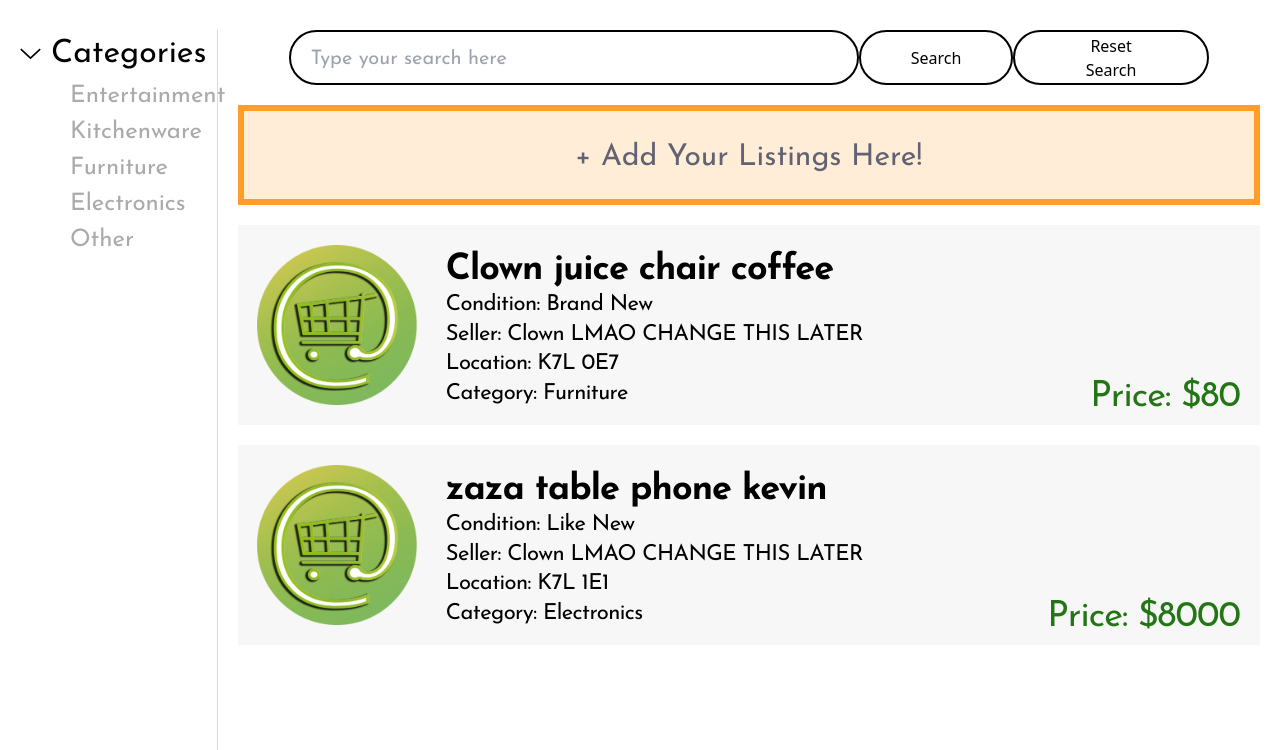
Repository: AdwaitSri/Kingston-Marketplace
Page: /listings (app in qhacks-24/)
The author's editor kept a copy of each file at every save. The page is drawn from the files as they stood at one save, then again after the next save.
The browser window is 1280 px wide. The pictures show the whole page.
The project was rebuilt for these pictures with package versions that can differ from the ones it lists, and the page was loaded fresh each time. Also part of the build but not shown: qhacks-24/src/components/HomeNavbar.js, qhacks-24/src/pages/Home.js, qhacks-24/src/pages/Signup.js, qhacks-24/src/components/CreationNavbar.js, qhacks-24/src/pages/Creation.js, qhacks-24/src/pages/Item.js.

Above is the page before, as saved 2024-02-03 23:30:21.

### qhacks-24/public/index.html
<!DOCTYPE html>
<html lang="en">
  <head>
    <meta charset="utf-8" />
    <link rel="preconnect" href="https://fonts.googleapis.com">
    <link rel="preconnect" href="https://fonts.gstatic.com" crossorigin>
    <link href="https://fonts.googleapis.com/css2?family=Josefin+Sans:ital,wght@0,100;0,200;0,300;0,400;0,500;0,600;0,700;1,100;1,200;1,300;1,400;1,500;1,600;1,700&display=swap" rel="stylesheet">
    <link rel="icon" href="%PUBLIC_URL%/favicon.ico" />
    <meta name="viewport" content="width=device-width, initial-scale=1" />
    <meta name="theme-color" content="#000000" />
    <meta
      name="description"
      content="Web site created using create-react-app"
    />
    <link rel="apple-touch-icon" href="%PUBLIC_URL%/logo192.png" />
    <!--
      manifest.json provides metadata used when your web app is installed on a
      user's mobile device or desktop. See https://developers.google.com/web/fundamentals/web-app-manifest/
    -->
    <link rel="manifest" href="%PUBLIC_URL%/manifest.json" />
    <!--
      Notice the use of %PUBLIC_URL% in the tags above.
      It will be replaced with the URL of the `public` folder during the build.
      Only files inside the `public` folder can be referenced from the HTML.

      Unlike "/favicon.ico" or "favicon.ico", "%PUBLIC_URL%/favicon.ico" will
      work correctly both with client-side routing and a non-root public URL.
      Learn how to configure a non-root public URL by running `npm run build`.
    -->
    <title>React App</title>
  </head>
  <body>
    <noscript>You need to enable JavaScript to run this app.</noscript>
    <div id="root"></div>
    <!--
      This HTML file is a template.
      If you open it directly in the browser, you will see an empty page.

      You can add webfonts, meta tags, or analytics to this file.
      The build step will place the bundled scripts into the <body> tag.

      To begin the development, run `npm start` or `yarn start`.
      To create a production bundle, use `npm run build` or `yarn build`.
    -->
  </body>
</html>

### qhacks-24/src/pages/Listings.js
import { keyboard } from "@testing-library/user-event/dist/keyboard";
import React from "react";
import { Link } from "react-router-dom";

export default function Listings() {
    const exampleData = [
        {
            condition: ["checked", "", "", ""],
            description: "KEVIN",
            postalcode: "K7L 0E7",
            price: "80",
            title: "Clown juice chair coffee",
            category: "Furniture"
        },
        {
            condition: ["", "checked", "", ""],
            description: "ADWAIT",
            postalcode: "K7L 1E1",
            price: "8000",
            title: "zaza table phone kevin",
            category: "Electronics"
        },
    ];

    const selectedCategoryDefault = [
        {
            id: 0,
            selected: false,
            categoryName: "Entertainment",
        },
        {
            id: 1,
            selected: false,
            categoryName: "Kitchenware",
        },
        {
            id: 2,
            selected: false,
            categoryName: "Furniture",
        },
        {
            id: 3,
            selected: false,
            categoryName: "Electronics",
        },
        {
            id: 4,
            selected: false,
            categoryName: "Other",
        },
    ]
    const [selectedCategory, setSelectedCategory] = React.useState(selectedCategoryDefault);

    const [search, setSearch] = React.useState('');
    const [searchKeywords, setSearchKeywords] = React.useState([]);

    const sellerName = "Clown LMAO CHANGE THIS LATER";

    function handleSearchSubmit(event) {
        event.preventDefault();
        const keywords = search.split(' ');
        if (search !== '') {
            setSearchKeywords(keywords);
        }
    }

    function handleSearchChange(event) {
        event.preventDefault();
        if (event.key !== 'Enter') {
            setSearch(event.target.value);
        }
    }

    function handleResetSearch(event) {
        event.preventDefault();
        setSearch('');
        setSearchKeywords([]);
    }

    function getCondition(info) {
        let name = "";
        let index = -1;
        for (let i = 0; i < info.length; i++) {
            if (info[i] !== '') {
                index = i;
                break;
            }
        }
        const conditions = ["Brand New", "Like New", "Lightly Used", "Used"];
        if (index >= 0) {
            name = conditions[index];
        }
        return name;
    }

    function getCategory(info) {
        let name = "";
        let index = -1;
        for (let i = 0; i < info.length; i++) {
            if (info[i] !== '') {
                index = i;
                break;
            }
        }
        const categories = ["Entertainment", "Kitchenware", "Furniture", "Electronics", "Other"];
        if (index >= 0) {
            name = categories[index];
        }
        return name;
    }

    function handleCategoryClick(event) {
        setSelectedCategory(prevSelectedCategory => {
            let index = -1;
            for (let i = 0; i < prevSelectedCategory.length; i++) {
                if (prevSelectedCategory[i].categoryName === event.target.id) {
                    index = i;
                    break;
                }
            }

            let newState = selectedCategoryDefault;
            if (index >= 0) {
                newState[index].selected = !prevSelectedCategory[index].selected;
            }

            return newState;
        })
    }

    function getSelectedCategory() {
        for (let i = 0; i < selectedCategory.length; i++) {
            if (selectedCategory[i].selected) {
                return selectedCategory[i].categoryName;
            }
        }
        return false;
    }

    const listingCards = exampleData.map((data) => {
        const listCardElement = (
            <div className="flex justify-between m-[20px]">
                <Link
                    to={{
                        pathname: '/item',
                        state: { message: 'hello from listings!' }
                    }}
                    className="w-full"
                >
                    <div
                        className="w-full h-[200px] bg-[#f7f7f7] flex items-center"
                    >
                        <img src="/images/logo.png" alt="placeholder" className="h-[80%]"/>
                        <div className='h-full w-full p-[10px] mt-[15px] relative'>
                            <p className="font-jose font-bold text-[36px] tracking-tight h-[25%]">{data.title}</p>
                            <p className="font-jose text-[22px] tracking-tight">Condition: {getCondition(data.condition)}</p>
                            <p className="font-jose text-[22px] relative top-[-3px] tracking-tight">Seller: {sellerName}</p>
                            <p className="font-jose text-[22px] relative top-[-7px] tracking-tight">Location: {data.postalcode}</p>
                            <p className="font-jose text-[22px] relative top-[-10px] tracking-tight">Category: {data.category}</p>
                            <p className="font-jose text-[36px] relative top-[-50px] right-[10px] text-[#237515] float-right tracking-tight">Price: ${data.price}</p>
                        </div>
                    </div>
                </Link>
            </div>
        )

        let match = {
            search: false,
            category: false,
        }

        if (searchKeywords[0] === '' || searchKeywords.length === 0) {
            match.search = true;
        }
        for (let i = 0; i < searchKeywords.length; i++) {
            if (data.description.toUpperCase().includes(searchKeywords[i].toUpperCase()) || data.title.toUpperCase().includes(searchKeywords[i].toUpperCase())) {
                match.search = true;
                break;
            }
        }

        if (getSelectedCategory() === data.category) {
            match.category = true;
        }
        else if (getSelectedCategory() === false) {
            match.category = true;
        }
        else {
            ;
        }

        console.log(match);

        if (match.search && match.category) {
            return listCardElement;
        }
    });

    const filterCategories = selectedCategory.map(category => {
        const styles = category.selected ? "font-jose ml-[40px] text-[#000000] text-[24px] hover:cursor-pointer" : "font-jose ml-[40px] text-[24px] text-[#aaaaaa] hover:cursor-pointer";
        return (
        <h1
            className={styles}
            id={category.categoryName}
            onClick={handleCategoryClick}
        >{category.categoryName}</h1>
        )
    });

    return (
        <div
            className="flex h-[100dvh] ml-[30px] mt-[30px]"
        >
            <div
                className="w-[15%] border-r-[1px] border-[#aaaaaa70]"
            >
                <div className="flex items-center relative right-[10px]">
                    <svg width="26" height="14" viewBox="0 0 26 14" fill="none" xmlns="http://www.w3.org/2000/svg">
                    <path d="M1 1L13 12L25 1" stroke="black" stroke-width="2"/>
                    </svg>
                    <h1
                        className="font-jose ml-[10px] text-[32px]"
                    >Categories</h1>
                </div>
                <div>
                    {filterCategories}
                </div>

            </div>

            <div
                className="w-[85%]"
            >

                <div className=" mx-[20px]">
                    <form className="w-[90%] mx-auto flex justify-between" onSubmit={handleSearchSubmit}>
                        <input
                            className="border-2 border-black border-solid rounded-full w-[65%] pb-[10px] pl-[20px] pt-[13px] text-xl font-jose"
                            type="text"
                            name="search"
                            onChange={handleSearchChange}
                            value={search}
                            placeholder="Type your search here"
                        />
                        <button onClick={handleSearchSubmit} value="Search" className="border-2 border-solid border-black rounded-full px-[50px]">Search</button>
                        <button onClick={handleResetSearch} value="Reset" className="border-2 border-solid border-black rounded-full px-[50px]">Reset Search</button>
                    </form>
                </div>

                <div className="flex justify-between m-[20px]">
                    <div
                        className="w-full h-[100px] bg-[#f7f7f7] flex items-center"
                    >
                        <Link
                            to="/creation"
                            className="border-[6px] border-[#ff9d2b] w-full h-full text-3xl font-normal text-[#616272] bg-[#ffedd8]"
                        >
                            <button
                                className="font-jose relative top-[3px] text-center w-full h-full text-3xl"
                            >
                                + Add Your Listings Here!
                        </button>
                        </Link>
                    </div>
                </div>
                {listingCards}
            </div>
        </div>
    )
}

Loaded but not shown: qhacks-24/src/index.css (common file); qhacks-24/src/App.css (common file); qhacks-24/src/App.js (24 lines, source omitted); qhacks-24/src/index.js (19 lines, source omitted); qhacks-24/tailwind.config.js (18 lines, source omitted); qhacks-24/src/output.css (1762 lines, source omitted)

After the next save:
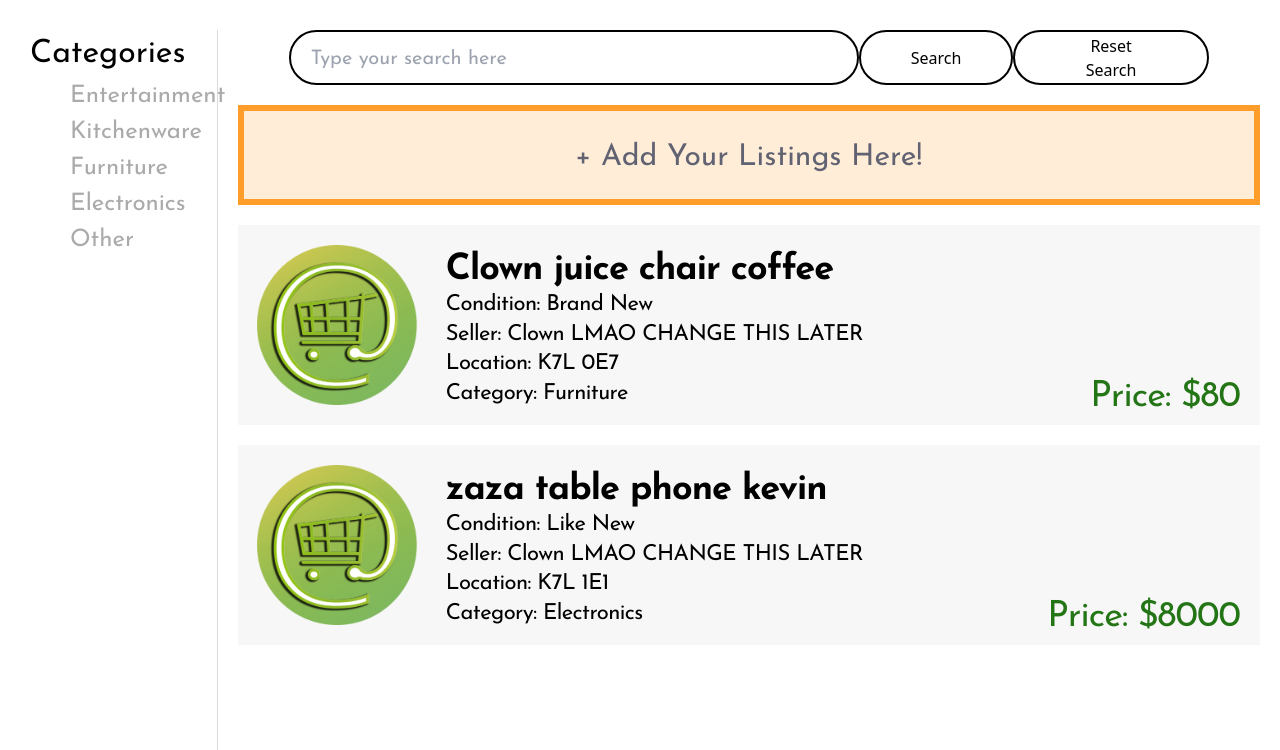
Saved 5 min 56 s later.
--- a/qhacks-24/src/pages/Listings.js
+++ b/qhacks-24/src/pages/Listings.js
@@ -1,6 +1,7 @@
 import { keyboard } from "@testing-library/user-event/dist/keyboard";
 import React from "react";
 import { Link } from "react-router-dom";
+import { motion } from "framer-motion";
 
 export default function Listings() {
     const exampleData = [
@@ -215,9 +216,6 @@ export default function Listings() {
                 className="w-[15%] border-r-[1px] border-[#aaaaaa70]"
             >
                 <div className="flex items-center relative right-[10px]">
-                    <svg width="26" height="14" viewBox="0 0 26 14" fill="none" xmlns="http://www.w3.org/2000/svg">
-                    <path d="M1 1L13 12L25 1" stroke="black" stroke-width="2"/>
-                    </svg>
                     <h1
                         className="font-jose ml-[10px] text-[32px]"
                     >Categories</h1>
